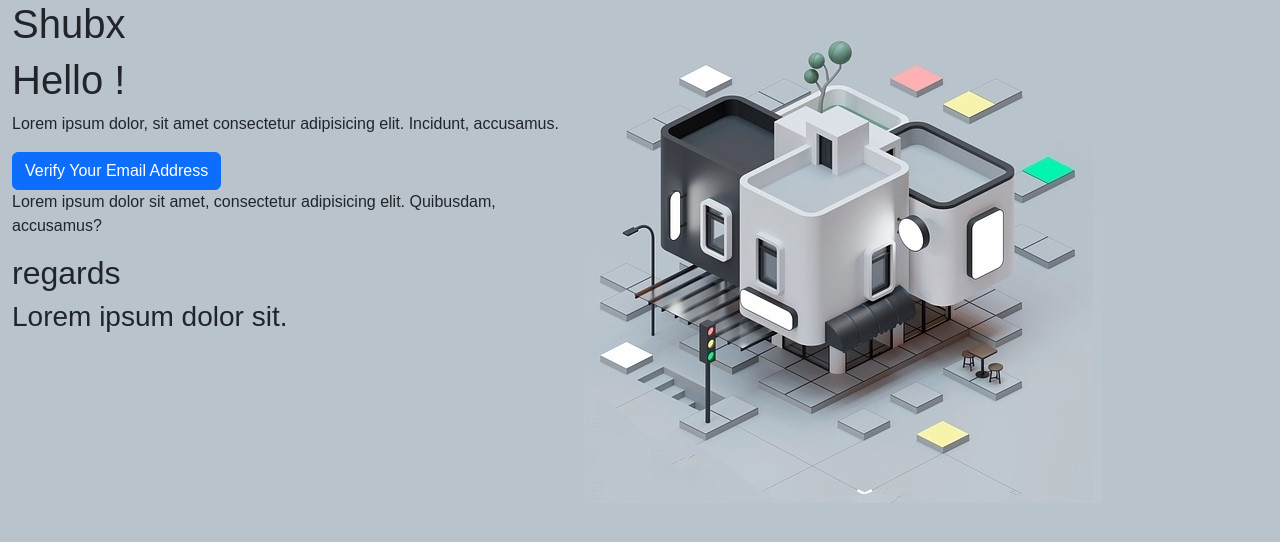
Repository: Aayush919/taskui
Page: index.html
An editor plug-in stored every save of this project. The page is shown before and after the next save, followed by the edit.
The browser window is 1280 px wide. The pictures show the whole page.

Above is the page before, as saved 2024-01-12 14:47:26.

### index.html
<!DOCTYPE html>
<html lang="en">

<head>
    <meta charset="utf-8">
    <meta name="viewport" content="width=device-width, initial-scale=1">
    <title>Bootstrap demo</title>
    <link href="https://cdn.jsdelivr.net/npm/bootstrap@5.3.2/dist/css/bootstrap.min.css" rel="stylesheet"
        integrity="sha384-T3c6CoIi6uLrA9TneNEoa7RxnatzjcDSCmG1MXxSR1GAsXEV/Dwwykc2MPK8M2HN" crossorigin="anonymous">
    <link rel="stylesheet" href="style.css">
    <style>
        /* Add this style for responsive images */
        .right img {
            max-width: 100%;
            height: auto;
        }
    </style>
</head>

<body >

    <div class="bg-light custom-bg">



    <div class="container-fluid custom-bg">
        <div class="row">
            <div class="col-lg-6 left">
                <div class="top">
                    <h1>Shubx</h1>
                    <h1>Hello !</h1>
                    <p>Lorem ipsum dolor, sit amet consectetur adipisicing elit. Incidunt, accusamus.</p>
                    <button class="btn btn-primary">Verify Your Email Address</button>
                    <p>Lorem ipsum dolor sit amet, consectetur adipisicing elit. Quibusdam, accusamus?</p>
                    <h2>regards</h2>
                    <h3>Lorem ipsum dolor sit.</h3>
                </div>
            </div>
            <div class="col-lg-6 right">
                <img src="./bg.jpg" alt="Background Image" class="img-fluid">
            </div>
        </div>
    </div>
    </div>

    <script src="https://cdn.jsdelivr.net/npm/bootstrap@5.3.2/dist/js/bootstrap.bundle.min.js"
        integrity="sha384-C6RzsynM9kWDrMNeT87bh95OGNyZPhcTNXj1NW7RuBCsyN/o0jlpcV8Qyq46cDfL"
        crossorigin="anonymous"></script>
</body>

</html>

### style.css
@import url('https://fonts.googleapis.com/css2?family=Open+Sans:ital,wght@1,300&display=swap');


* {
    margin: 0;
    padding: 0;
    box-sizing: border-box;
    font-family: 'Open-Sans',sans-serif;

}


html,
body {
    height: 100%;
    width: 100%;

}

.custom-bg {
    background-color: #B9C3CC;
    min-height: 100vh;
    width: 100%;
    display: flex;
    justify-content: space-between;


}

After the next save:
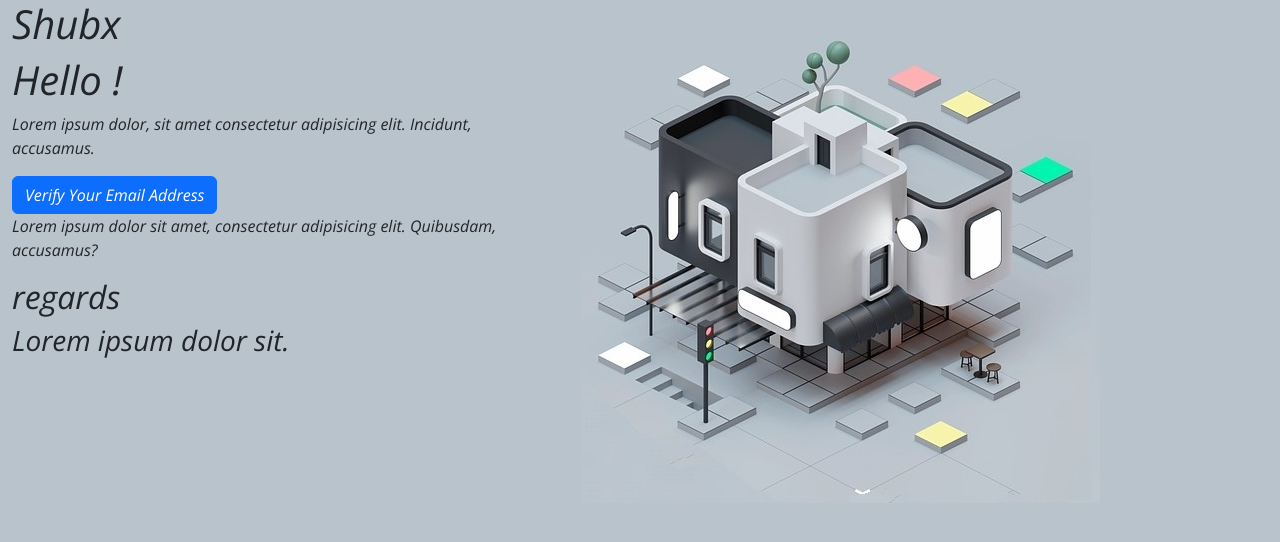
Saved 28 s later.
--- a/style.css
+++ b/style.css
@@ -5,7 +5,7 @@
     margin: 0;
     padding: 0;
     box-sizing: border-box;
-    font-family: 'Open-Sans',sans-serif;
+    font-family: 'Open Sans',sans-serif;
 
 }
 

After the save that followed:
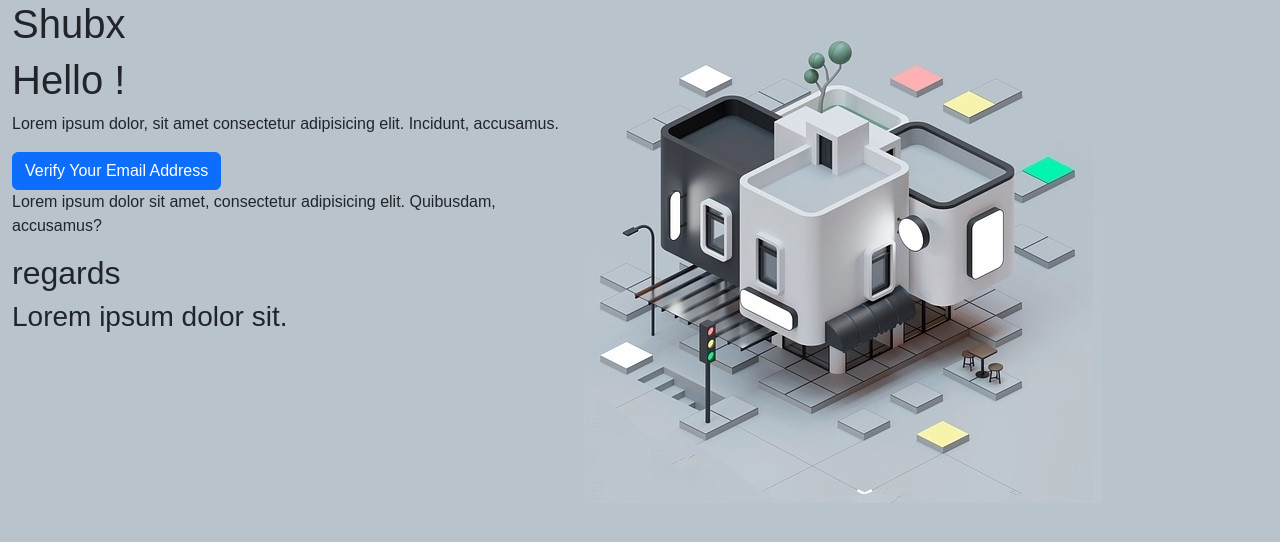
Saved 10 s later.
--- a/style.css
+++ b/style.css
@@ -5,7 +5,7 @@
     margin: 0;
     padding: 0;
     box-sizing: border-box;
-    font-family: 'Open Sans',sans-serif;
+    font-family: 'Open-Sans',sans-serif;
 
 }
 
